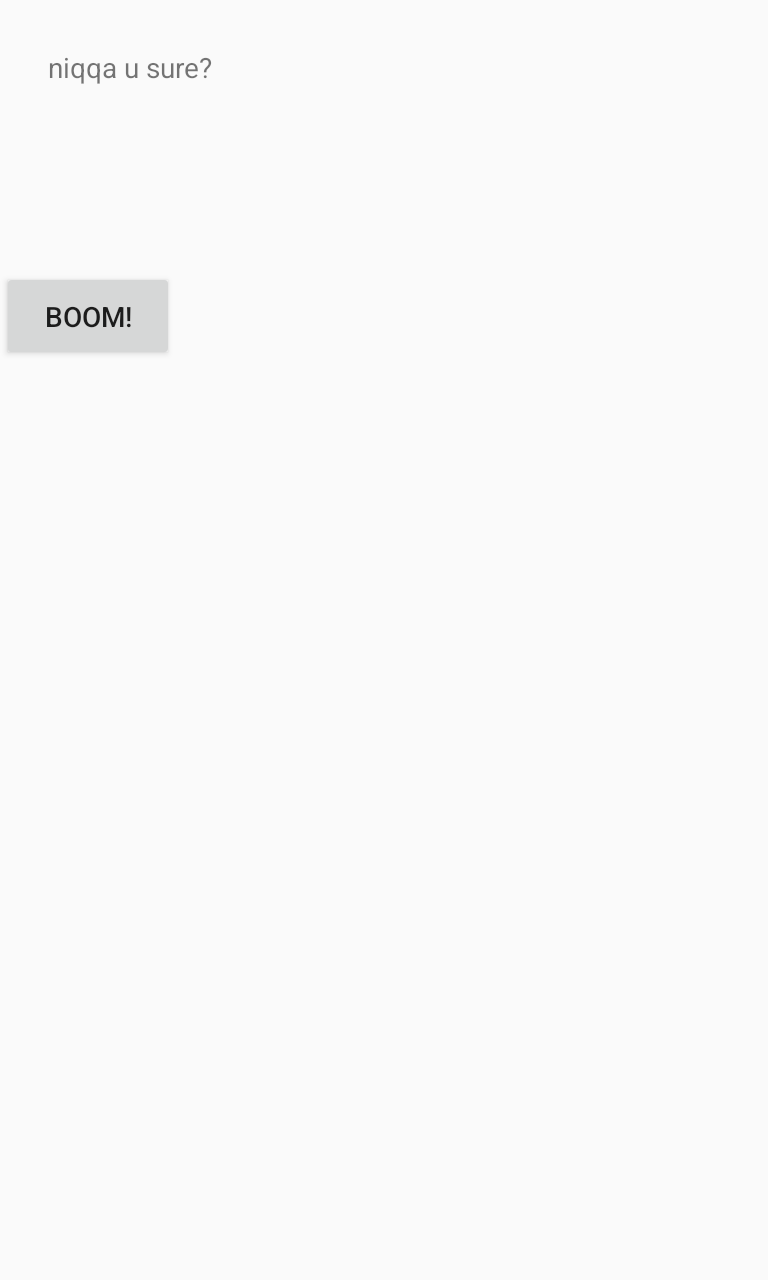
Repository: yuzhehu/workspace-androids
Layout: LoginAndPass/res/layout/activity_niqqa.xml
These files come from the project's save history. The layout is drawn as it stood at one moment and after a run of saves; the edit follows.
It is drawn on a 768 x 1280 px phone screen (xhdpi) without system bars, with theme AppTheme; the app's code is not run.

Above is the layout before, as saved 2014-09-13 02:44:31.

### LoginAndPass/res/layout/activity_niqqa.xml
<?xml version="1.0" encoding="utf-8"?>
<LinearLayout xmlns:android="http://schemas.android.com/apk/res/android"
    android:layout_width="match_parent"
    android:layout_height="match_parent"
    android:orientation="vertical" >

    <TextView
        android:layout_width="wrap_content"
        android:layout_height="wrap_content"
        android:padding="24dp"
        android:text="@string/warning_text" />

    <TextView
        android:id="@+id/answerTextView"
        android:layout_width="wrap_content"
        android:layout_height="wrap_content"
        android:padding="24dp" />
    <Button
        android:id="@+id/showAnswerButton"
        android:layout_width="wrap_content"
        android:layout_height="wrap_content"
        android:text="@string/detonate"

        />

</LinearLayout>

### LoginAndPass/res/values/strings.xml
<?xml version="1.0" encoding="utf-8"?>
<resources>

    <string name="app_name">LoginAndPass</string>
    <string name="hello_world">Hello world!</string>
    <string name="action_settings">Settings</string>
    <string name="user_name">yuzhe</string>
    <string name="pass_word">12345</string>

    <string name="detonate">BOOM!</string>
    <string name="login_button">log fucking in mother fucker</string>
    <string name="warning_text">niqqa u sure?</string>
    <string name="judgment_toast">GET THE FUCK OUT</string>

</resources>

Loaded but not shown: LoginAndPass/res/values/styles.xml (common file); LoginAndPass/res/values-v11/styles.xml (common file); LoginAndPass/res/values-v14/styles.xml (common file)

After the next 2 saves:
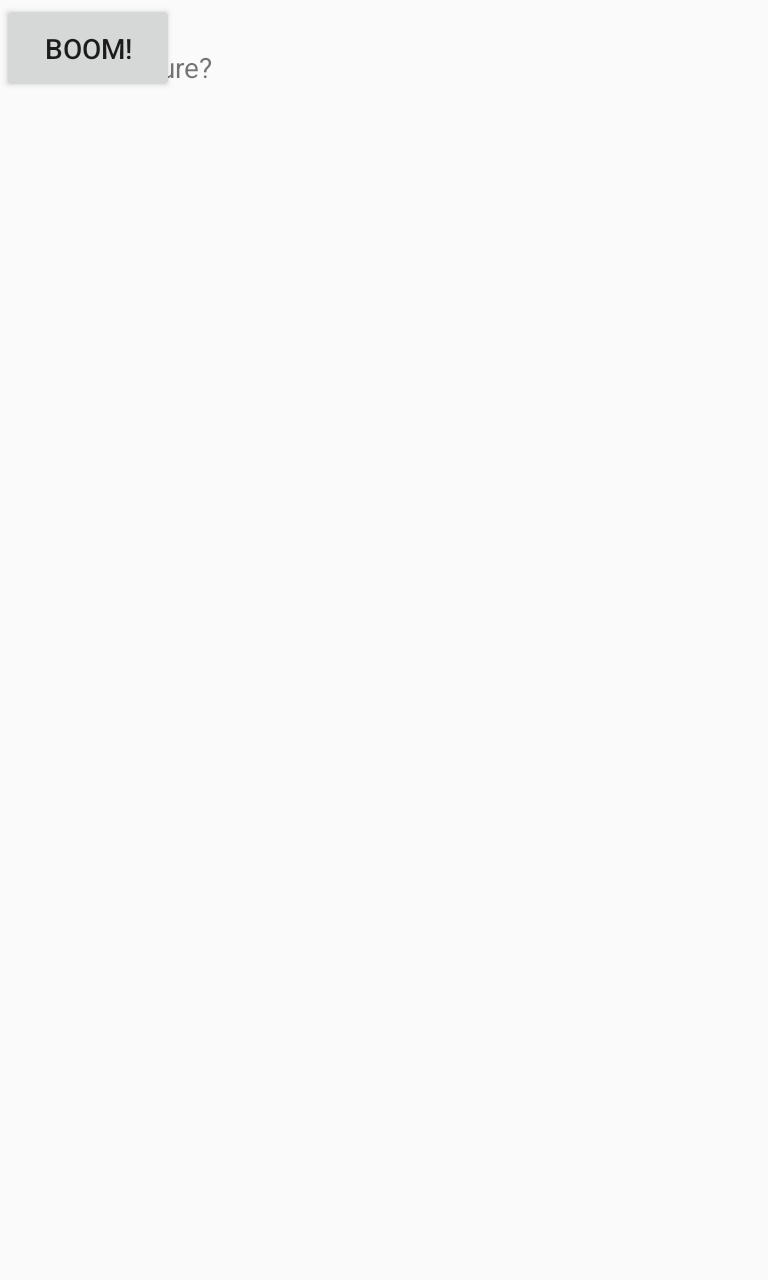
The 2 saves are shown as one change because 1 did not build or start.
The last was saved 51 s later.
--- a/LoginAndPass/res/layout/activity_niqqa.xml
+++ b/LoginAndPass/res/layout/activity_niqqa.xml
@@ -1,5 +1,5 @@
 <?xml version="1.0" encoding="utf-8"?>
-<LinearLayout xmlns:android="http://schemas.android.com/apk/res/android"
+<RelativeLayout xmlns:android="http://schemas.android.com/apk/res/android"
     android:layout_width="match_parent"
     android:layout_height="match_parent"
     android:orientation="vertical" >
@@ -15,12 +15,11 @@
         android:layout_width="wrap_content"
         android:layout_height="wrap_content"
         android:padding="24dp" />
+
     <Button
         android:id="@+id/showAnswerButton"
         android:layout_width="wrap_content"
         android:layout_height="wrap_content"
-        android:text="@string/detonate"
+        android:text="@string/detonate" />
 
-        />
-
-</LinearLayout>
+</RelativeLayout>
